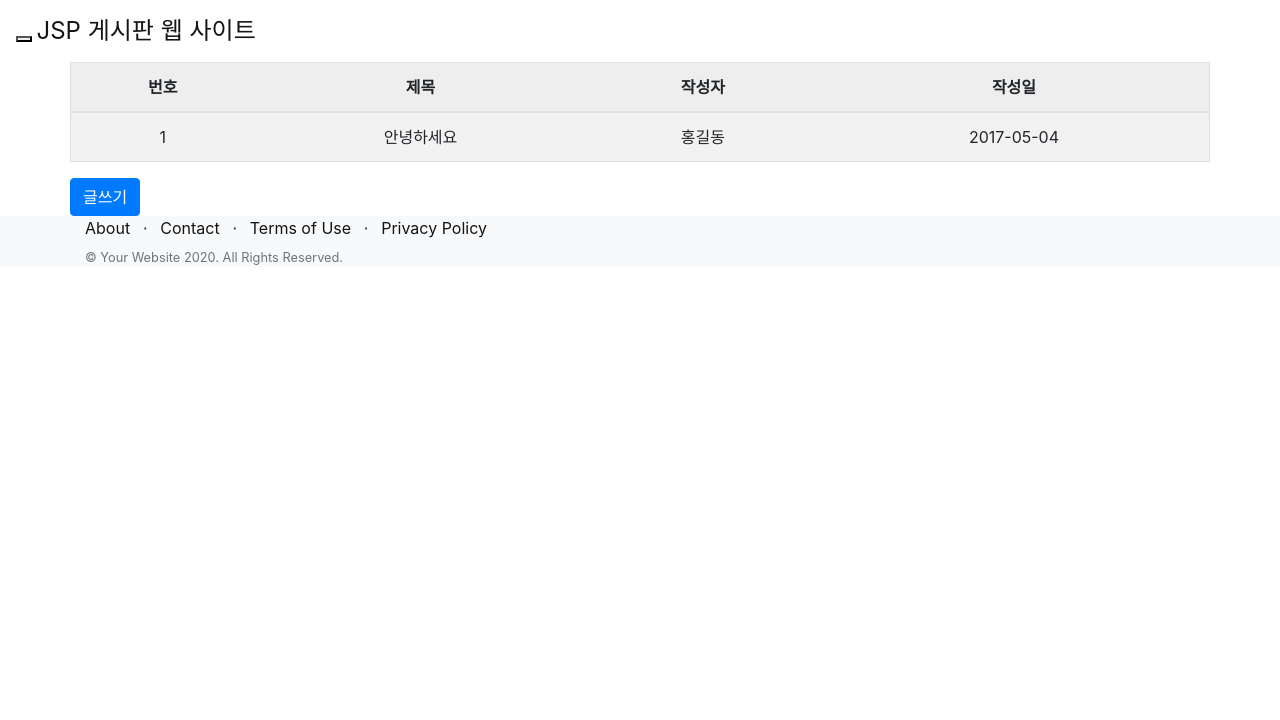
Repository: Toriikk/TEAM2_JSP_Project
Page: http://localhost/COBS/qna/qnalist.jsp
An editor plug-in stored every save of this project. The page is shown before and after the next save, followed by the edit.
The browser window is 1280 px wide. The pictures show the whole page.
Some web libraries are served in a nearby version. The page is served by Tomcat 9. Other server files are loaded and not shown.

Above is the page before, as saved 2022-07-22 07:29:47.

### COBS/WebContent/qna/qnalist.jsp
<%@ page language="java" contentType="text/html; charset=UTF-8"
    pageEncoding="UTF-8"%>
<%@ page import="java.io.PrintWriter" %>
<!DOCTYPE html>
<html>
<head>
<meta charset="UTF-8">
<meta http-equiv="Content-Type" content="text/html;" charset="UTF-8">
<meta name="viewport" content="width=device-width" initial-scale="1">
<link rel="stylesheet" href="/Tutoring/vendor/bootstrap/css/bootstrap.css">
<title>QnA 게시판</title>
</head>
<body>
	<%
		String userID = null;
		if (session.getAttribute("userID") != null) {
			userID = (String) session.getAttribute("userID");
		}
	%>
	<nav class="navbar navbar-default">
		<div class="navbar-header">
			<button type="button" class="navbar-toggle collapsed"
				data-toggle="collapse" data-target="#bs-example-navbar-collapse-1"
				aria-expanded="false">
				<span class="icon-bar"></span>
				<span class="icon-bar"></span>
				<span class="icon-bar"></span>
			</button>
			<a class="navbar-brand" href="#">JSP 게시판 웹 사이트</a>
		</div>
		<div class="collapse navbar-collapse" id="bs-example-navbar-collapse-1">
			<ul class="nav navbar-nav">
				<li><a href="main.jsp">메인</a></li>
				<li class="active"><a href="NewFile.jsp">게시판</a></li>
			</ul>
			<%
				if (userID == null) {
			%>
			<ul class="nav navbar-nav navbar-right">
				<li class="dropdown">
					<a href="#" class="dropdown-toggle"
						data-toggle="dropdown" role="button" aria-haspopup="true"
						aria-expanded="false">접속하기<span class="caret"></span></a>
					<ul class="dropdown-menu">
						<li><a href="login.jsp">로그인</a></li>
						<li><a href="join.jsp">회원가입</a></li>
					</ul>
				</li>
			</ul>
			<%
				} else {
			%>
			<ul class="nav navbar-nav navbar-right">
				<li class="dropdown">
					<a href="#" class="dropdown-toggle"
						data-toggle="dropdown" role="button" aria-haspopup="true"
						aria-expanded="false">회원관리<span class="caret"></span></a>
					<ul class="dropdown-menu">
						<li><a href="logoutAction.jsp">로그아웃</a></li>
					</ul>
				</li>
			</ul>
			<%
				}
			%>

		</div>
	</nav>
	<div class="container">
		<div class="row">
			<table class="table table-striped" style="text-align: center; border: 1px solid #dddddd">
				<thead>
					<tr>
						<th style="background-color: #eeeeee; text-align: center;">번호</th>
						<th style="background-color: #eeeeee; text-align: center;">제목</th>
						<th style="background-color: #eeeeee; text-align: center;">작성자</th>
						<th style="background-color: #eeeeee; text-align: center;">작성일</th>
					</tr>
				</thead>
				<tbody>
					<tr>
						<td>1</td>
						<td>안녕하세요</td>
						<td>홍길동</td>
						<td>2017-05-04</td>
					</tr>
				</tbody>
			</table>
			<a href="write.jsp" class="btn btn-primary pull-right">글쓰기</a>
		</div>
	</div>
	<script src="https://code.jquery.com/jquery-3.1.1.min.js"></script>
	<script src="js/bootstrap.js"></script>
</body>
</html>
<%@ include file="/include/footer.jsp" %>

### COBS/WebContent/include/footer.jsp
<%@ page language="java" contentType="text/html; charset=UTF-8"
    pageEncoding="UTF-8"%>
<style>
footer{
	clear: both;
}
</style>
 <!-- Footer -->
  <footer class="footer bg-light">
    <div class="container">
      <div class="row">
        <div class="col-lg-6 h-100 text-center text-lg-left my-auto">
          <ul class="list-inline mb-2">
            <li class="list-inline-item">
              <a href="#">About</a>
            </li>
            <li class="list-inline-item">&sdot;</li>
            <li class="list-inline-item">
              <a href="#">Contact</a>
            </li>
            <li class="list-inline-item">&sdot;</li>
            <li class="list-inline-item">
              <a href="#">Terms of Use</a>
            </li>
            <li class="list-inline-item">&sdot;</li>
            <li class="list-inline-item">
              <a href="#">Privacy Policy</a>
            </li>
          </ul>
          <p class="text-muted small mb-4 mb-lg-0">&copy; Your Website 2020. All Rights Reserved.</p>
        </div>
        <div class="col-lg-6 h-100 text-center text-lg-right my-auto">
          <ul class="list-inline mb-0">
            <li class="list-inline-item mr-3">
              <a href="#">
                <i class="fab fa-facebook fa-2x fa-fw"></i>
              </a>
            </li>
            <li class="list-inline-item mr-3">
              <a href="#">
                <i class="fab fa-twitter-square fa-2x fa-fw"></i>
              </a>
            </li>
            <li class="list-inline-item">
              <a href="#">
                <i class="fab fa-instagram fa-2x fa-fw"></i>
              </a>
            </li>
          </ul>
        </div>
      </div>
    </div>
  </footer>
</body>
</html>

### COBS/WebContent/include/header.jsp
<%@ page language="java" contentType="text/html; charset=UTF-8"
    pageEncoding="UTF-8"%>
<%@ taglib prefix="c" uri="http://java.sun.com/jsp/jstl/core" %>
<!DOCTYPE html>
<html>
<head>
  <meta charset="utf-8">
  <meta name="viewport" content="width=device-width, initial-scale=1, shrink-to-fit=no">
  <meta name="description" content="">
  <meta name="author" content="">
  <title>모두를 위한 코딩 학습 공간 COBS</title>
  <!-- Bootstrap core CSS -->
  <link href="/Tutoring/vendor/bootstrap/css/bootstrap.css"  rel="stylesheet">
  <!-- Custom fonts for this template -->
  <link href="/Tutoring/vendor/fontawesome-free/css/all.css" rel="stylesheet">
  <link href="/Tutoring/vendor/simple-line-icons/css/simple-line-icons.css"  rel="stylesheet" type="text/css">
  <link href="https://fonts.googleapis.com/css?family=Lato:300,400,700,300italic,400italic,700italic"  rel="stylesheet" type="text/css">
  <!-- Custom styles for this template -->
  <link href="/Tutoring/css/landing-page.css" rel="stylesheet">

  <script src="https://ajax.googleapis.com/ajax/libs/jquery/3.5.1/jquery.min.js"></script>
  <script src="https://cdnjs.cloudflare.com/ajax/libs/popper.js/1.16.0/umd/popper.min.js"></script>
  <script src="https://maxcdn.bootstrapcdn.com/bootstrap/3.4.1/js/bootstrap.min.js"></script>



</head>
<body>

  <!-- Navigation -->
  <nav class="navbar navbar-white bg-white static-top">
    <div class="container">
         <a class="navbar-brand" href="/Tutoring/index.jsp"><img src="/Tutoring/img/logo1.png" alt="CBS"></a>
         <a class="navbar-nav" href="/Tutoring/include/about.jsp">COBS?</a>
         <a class="navbar-nav" href="/Tutoring/class/courseList">과정</a>
         <a class="navbar-nav" href="/Tutoring/qna/NewFile.jsp">QnA</a>
    </div>
      <c:choose>
     	<c:when test="${empty sessionScope.userid}">
		    <ul class="navbar-nav">
		      <li class="nav-item">
		      	<a class="btn btn-gray" href="/Tutoring/member/login">로그인</a>
			    <a class="btn btn-primary" href="/Tutoring/member/insert">회원가입</a>
		      </li>
		  	</ul>
    	</c:when>
    	<c:when test="${sessionScope.admin==1}">
		    <ul class="navbar-nav">
		      <li class="nav-item">
		      	<a class="btn btn-gray" href="/Tutoring/member/Adminview">관리자</a>
			    <a class="btn btn-primary" href="/Tutoring/member/logout">로그아웃</a>
		      </li>
		  	</ul>
    	</c:when>
    	<c:when test="${sessionScope.admin==0}">
    		<ul class="navbar-nav">
		      <li class="nav-item">
		      	<a class="btn btn-gray" href="/Tutoring/member/view">내계정</a>
			    <a class="btn btn-info" href="/Tutoring/member/logout">로그아웃</a>
		      </li>
		  	</ul>
    	</c:when>
     </c:choose>

  </nav>

<!-- Bootstrap core JavaScript -->
<script src="https://ajax.googleapis.com/ajax/libs/jquery/3.5.1/jquery.min.js"></script>
<script src="/Tutoring/vendor/jquery/jquery.js"></script>
<script src="/Tutoring/vendor/bootstrap/js/bootstrap.bundle.js"></script>

### COBS/WebContent/css/landing-page.css
/*!
 * Start Bootstrap - Landing Page v5.0.8 (https://startbootstrap.com/themes/landing-page)
 * Copyright 2013-2020 Start Bootstrap
 * Licensed under MIT (https://github.com/StartBootstrap/startbootstrap-landing-page/blob/master/LICENSE)
 */

body {
  font-family: 'Lato', 'Helvetica Neue', Helvetica, Arial, sans-serif;
}

h1,
h2,
h3,
h4,
h5,
h6 {
  font-family: 'Lato', 'Helvetica Neue', Helvetica, Arial, sans-serif;
  font-weight: 700;
}

header.masthead {
  position: relative;
  background-color: #ffffff;
  background: url("../gif/main.gif") no-repeat center center;
  background-size: cover;
  padding-top: 8rem;
  padding-bottom: 8rem;

  display: flex;
  flex-flow: column;
  justify-content: space-between;
  padding-left: 10%;
  height: 70vh;
  min-height: 500px;
}

header.masthead .overlay {
  position: absolute;
  background-color: #FFC846;
  height: 100%;
  width: 100%;
  top: 0;
  left: 0;
  opacity: 0.1;
}

header.masthead h1 {
  font-size: 2rem;
}

@media (min-width: 768px) {
  header.masthead {
    padding-top: 18rem;
    padding-bottom: 18rem;
  }
  header.masthead h1 {
    font-size: 3rem;
  }
}

.showcase .showcase-text {
  padding: 3rem;
}

.showcase .showcase-img {
  min-height: 30rem;
  background-size: cover;
}

@media (min-width: 768px) {
  .showcase .showcase-text {
    padding: 7rem;
  }
}

.features-icons {
  padding-top: 7rem;
  padding-bottom: 7rem;
}

.features-icons .features-icons-item {
  max-width: 20rem;
}

.features-icons .features-icons-item .features-icons-icon {
  height: 7rem;
}

.features-icons .features-icons-item .features-icons-icon i {
  font-size: 4.5rem;
}

.features-icons .features-icons-item:hover .features-icons-icon i {
  font-size: 5rem;
}

.testimonials {
  padding-bottom: 7rem;
}

.testimonials .testimonial-item {
  max-width: 18rem;
}

.testimonials .testimonial-item img {
  max-width: 12rem;
  box-shadow: 0px 5px 5px 0px #ffffff;
}

.call-to-action {
  position: relative;
  background-color: #343a40;
  background: url("../img/bradcam.png") no-repeat top center;
  background-size: cover;
  padding-top: 7rem;
  padding-bottom: 7rem;
}

.call-to-action .overlay {
  position: absolute;
  background-color: #ffffff;
  height: 100%;
  width: 100%;
  top: 0;
  left: 0;
  opacity: 0.3;
}

footer.footer {
  padding-top: 4rem;
  padding-bottom: 4rem;
}

After the next save:
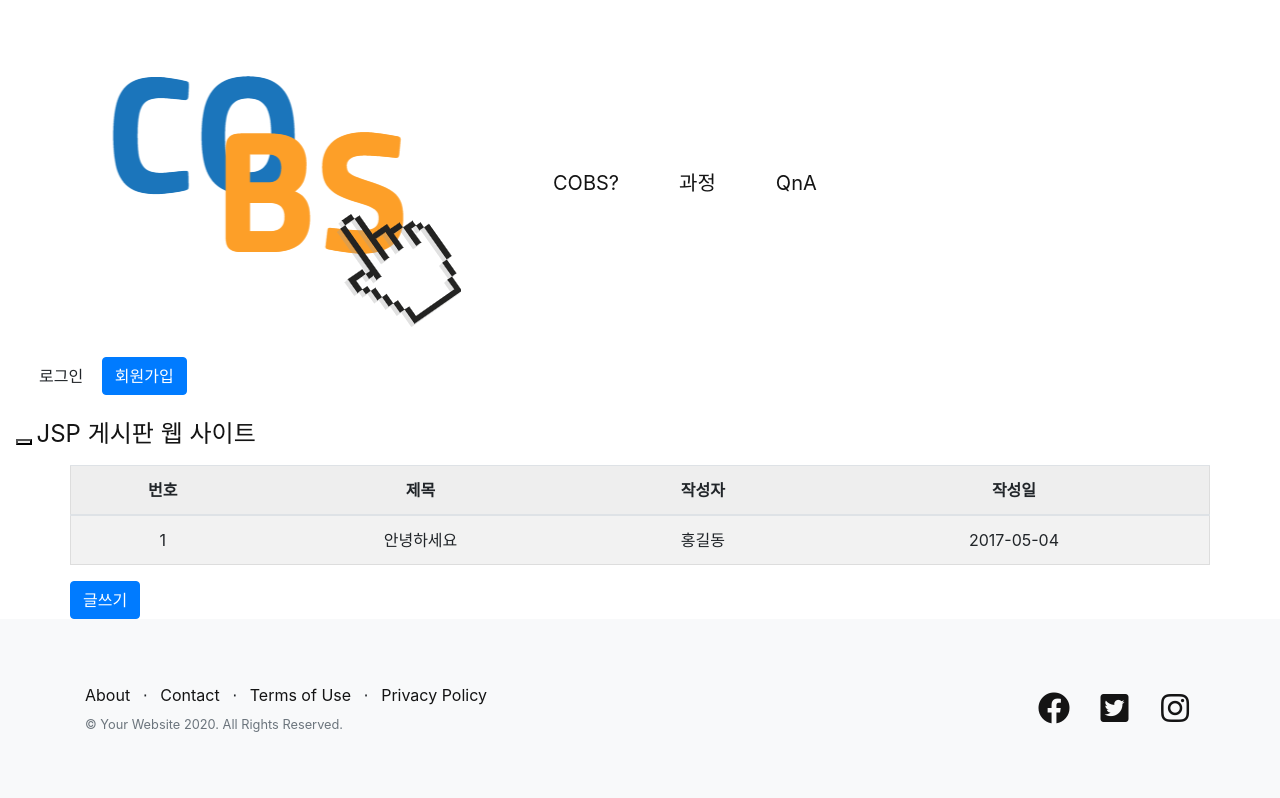
Saved 60 s later.
--- a/COBS/WebContent/qna/qnalist.jsp
+++ b/COBS/WebContent/qna/qnalist.jsp
@@ -1,6 +1,7 @@
 <%@ page language="java" contentType="text/html; charset=UTF-8"
     pageEncoding="UTF-8"%>
 <%@ page import="java.io.PrintWriter" %>
+<%@ include file="/include/header.jsp" %>
 <!DOCTYPE html>
 <html>
 <head>
